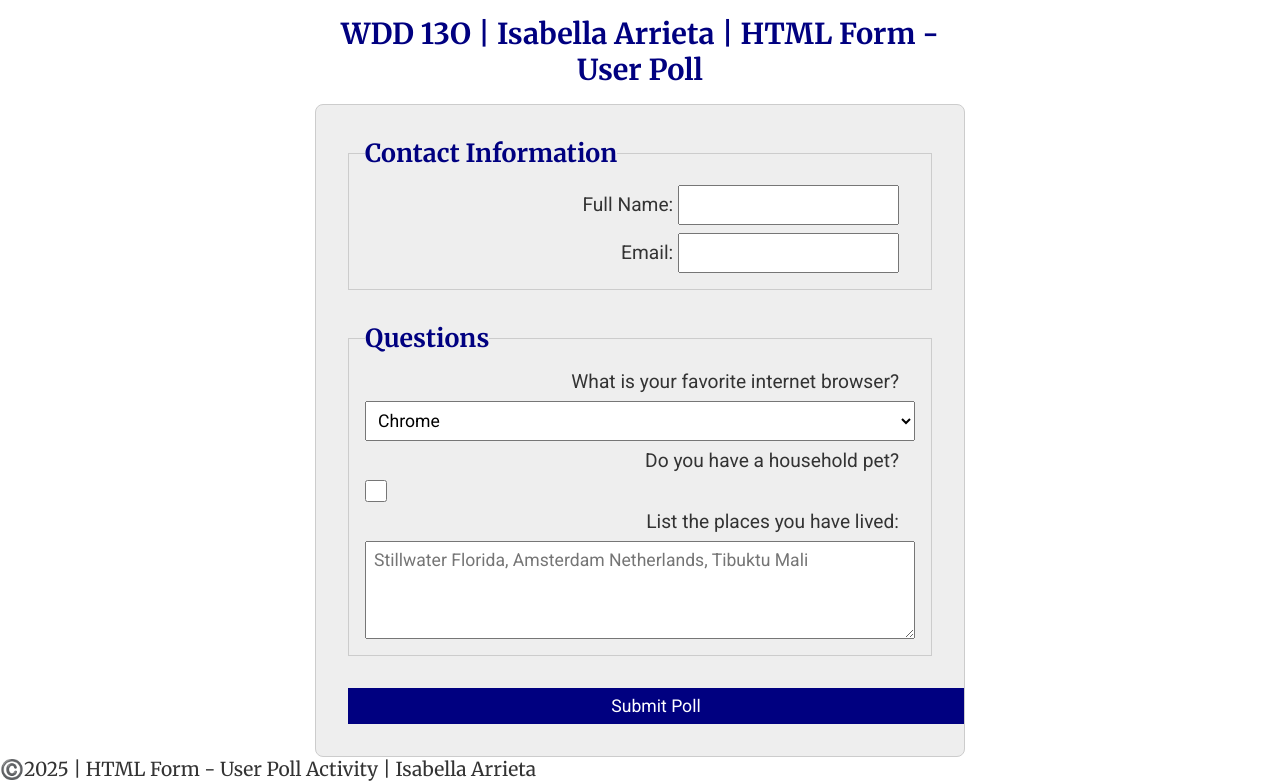
Repository: isaAJ05/wdd130
Page: week05/poll-form.html
The author's editor kept a copy of each file at every save. The page is drawn from the files as they stood at one save, then again after a run of saves.
The browser window is 1280 px wide. The pictures show the whole page.

Above is the page before, as saved 2025-06-14 18:44:55.

After the next 4 saves:
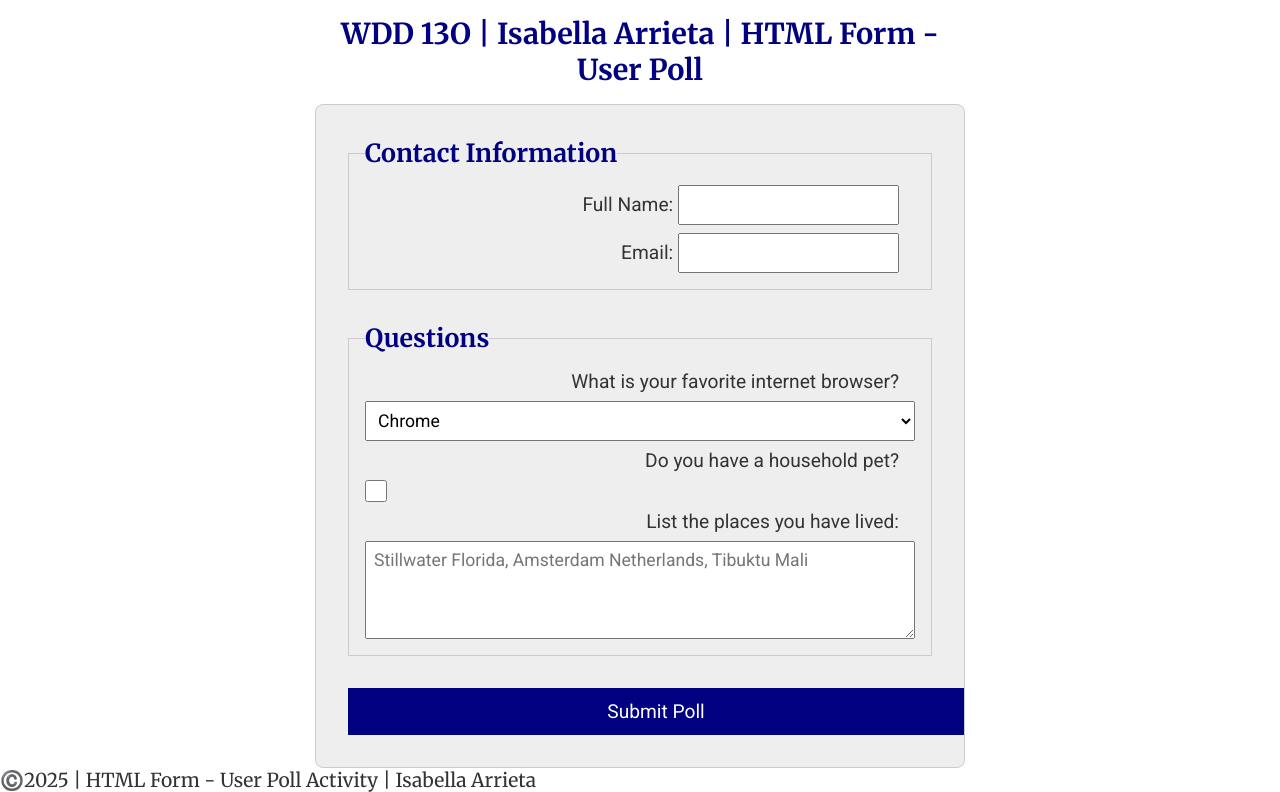
The 4 saves are shown as one change because they came seconds apart.
The last was saved 13 s later.
--- a/week05/styles/poll-form.css
+++ b/week05/styles/poll-form.css
@@ -59,9 +59,9 @@ input[type="checkbox"] {
 button{
     margin: 1rem;
     width: 100%;
-    padding: 0.5rem;
-    font-size: 1.1rem;
     background-color: navy;
     color: white;
     border: none;
+    padding: 0.75rem;
+    font-size: 1.2rem;
 }
